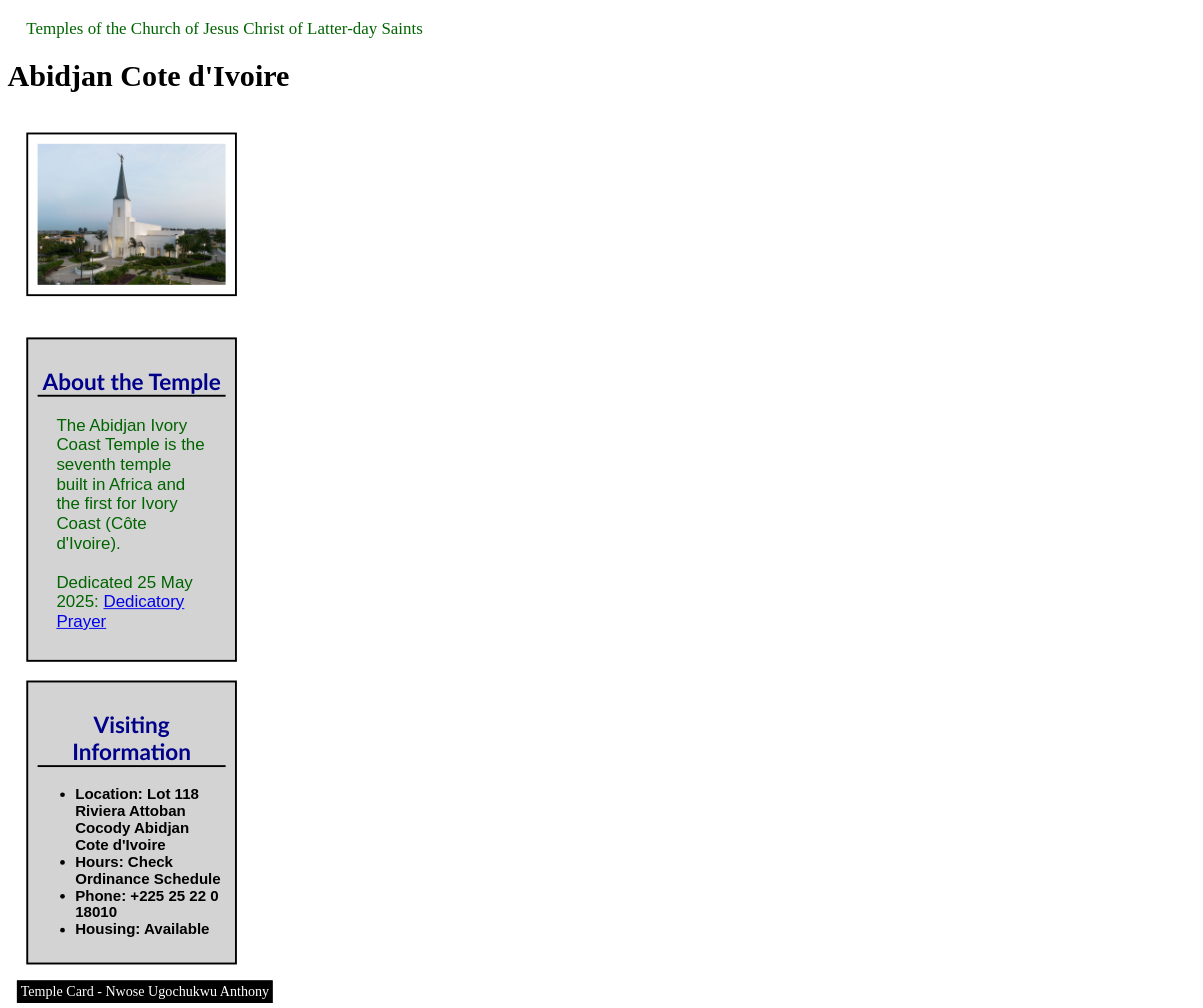
Repository: NoblesNigeria/wdd130
Page: week02/temple.html
An editor plug-in stored every save of this project. The page is shown before and after the next save, followed by the edit.
The browser window is 1280 px wide. The pictures show the whole page, at 94% of full size.

Above is the page before, as saved 2025-09-05 20:25:51.

After the next save:
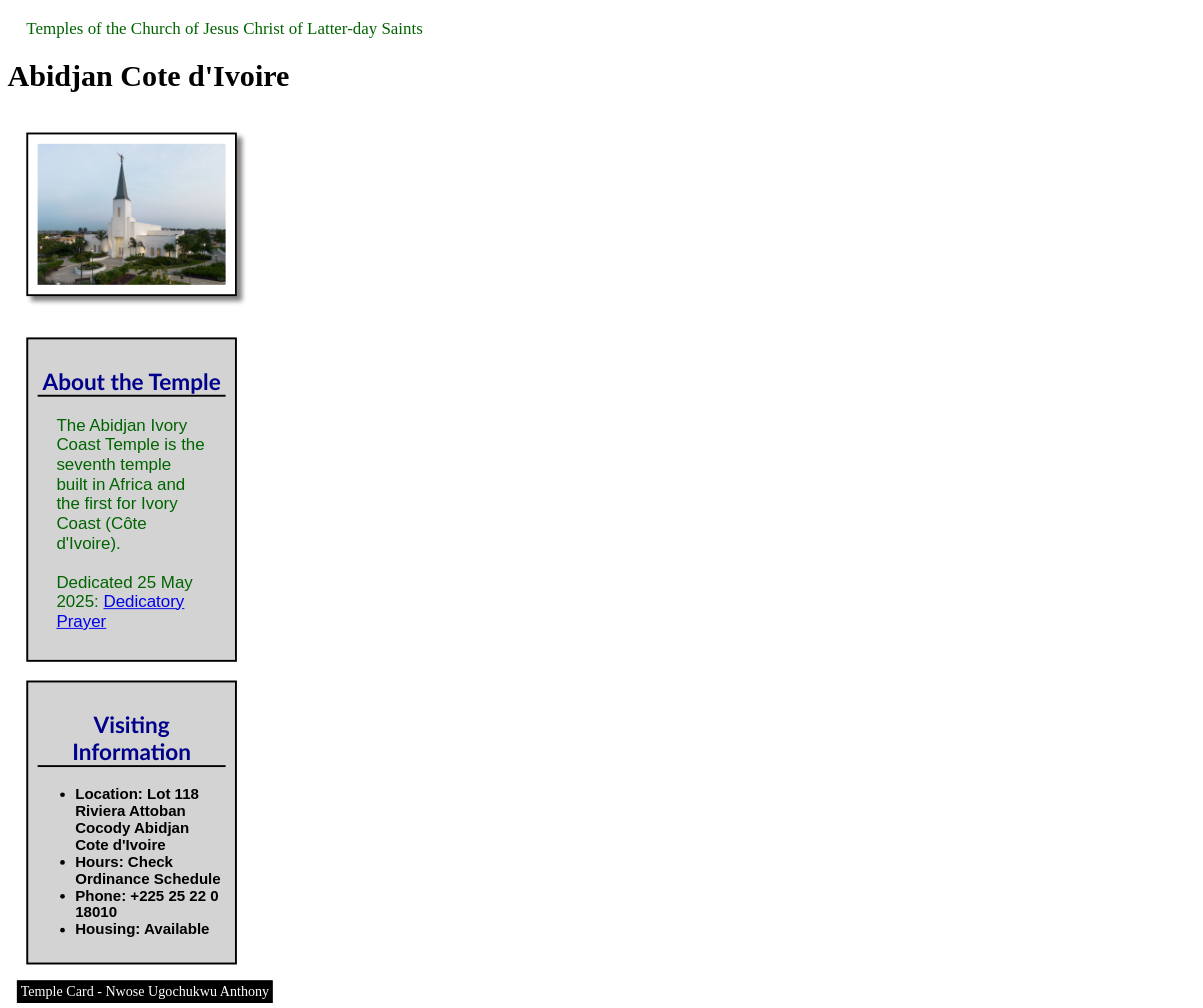
Saved 2 min 58 s later.
--- a/week02/styles/temple.css
+++ b/week02/styles/temple.css
@@ -4,6 +4,7 @@
     padding: 10px;
     border: 2px solid black;
     margin: 20px;
+    box-shadow: 5px 5px 5px grey;
 }
 section{
     text-align: center;
